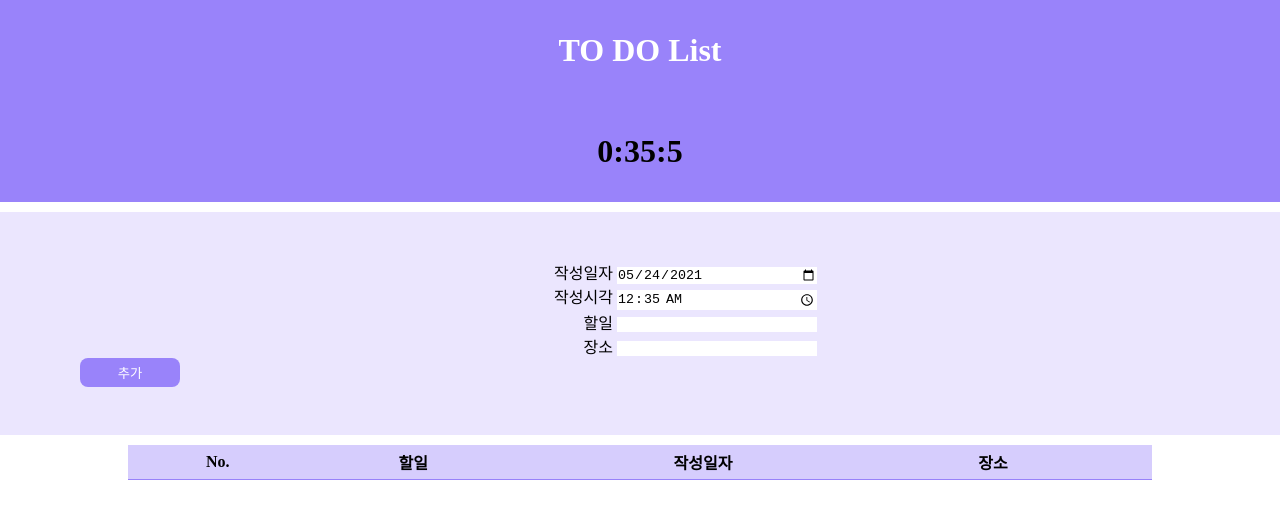
Repository: soyeon-noh/TodoList_Project
Page: http://localhost/Server_PR_TodoList/
An editor plug-in stored every save of this project. The page is shown before and after the next save, followed by the edit.
The browser window is 1280 px wide. The pictures show the whole page.
The page is served by Tomcat 9. Other server files are loaded and not shown. Queries for data that is not in the repository find no rows.

Above is the page before, as saved 2021-05-25 04:26:35.

### Server_PR_TodoList/src/main/webapp/WEB-INF/views/home.jsp
<%@ page language="java" contentType="text/html; charset=UTF-8"
    pageEncoding="UTF-8"%>
<%@ taglib uri="http://java.sun.com/jsp/jstl/core"
			prefix="c"%>
<c:set value="${pageContext.request.contextPath}"
		var="rootPath"/>
<!DOCTYPE html>
<html>
<head>
<meta charset="UTF-8">
<title>TODOList 메인화면</title>
<link href="${rootPath}/static/css/home.css?ver3" rel="stylesheet"/>

<style>

</style>


</head>
  <body>
  	<%@ include file="/WEB-INF/views/include_nav.jsp" %>
    <form class ="v1" method="POST">
    	<div>
    		<label for="date">작성일자</label>
    		<input name="td_date"
    				type="date" value="${TD.td_date}">
    	</div>

    	<div>
    		<label for="time">작성시각</label>
    		<input name="td_time"
    				type="time" value="${TD.td_time}">
    	</div>

    	<div>
    		<label for="todo">할일</label>
    		<input name="td_todo"
    				type="text" value="${TD.td_todo}">
    	</div>

    	<div>
    		<label for="place">장소</label>
    		<input name="td_place"
    				type="text" value="${TD.td_place}">
    	</div>
   		<button class="btn_insert">추가</button>
    </form>

    <table id="tdlist">
      <tr>
        <th>No.</th>
        <th>할일</th>
        <th>작성일자</th>
        <th>장소</th>
        <th></th>
      </tr>
      <c:forEach items="${TDLIST}" var="TD" varStatus="i">
        <tr>
          <td>${i.count}</td>
          <td>${TD.td_todo}</td>
          <td>${TD.td_date}</td>
          <td>${TD.td_place}</td>
          <td><button class="btn_update" data-seq="${TD.td_seq}" type="button">
          		수정</button>
          		<button class="btn_delete" data-seq="${TD.td_seq}" type="button">
          		삭제</button></td>
        </tr>
      </c:forEach>
    </table>
  </body>

  <script>
  // html 코드가 다 화면에 뜨고 나서 실행하라는 명렁
  // 아래 한 줄의 코드가 있어야 어디든디 script를 넣을 수 있다.
	document.addEventListener("DOMContentLoaded",function(){
		document.querySelector("table#tdlist")
		.addEventListener("click", function(ev){
			let className = ev.target.className

			if(className == "btn_delete"){

				let seq = ev.target.dataset.seq
				alert(seq + " 삭제가 완료되었습니다.");

				document
				.location
				.replace( "${rootPath}" +
						"/UD/delete?td_seq="
						+ seq )

			} else if(className == "btn_update"){

				let seq = ev.target.dataset.seq;

				document
				.location
				.href= "${rootPath}" +
						"/UD/update?td_seq="
						+ seq
			}

		})
	})
  </script>

</html>

### Server_PR_TodoList/src/main/webapp/WEB-INF/views/include_nav.jsp
<%@ page language="java" contentType="text/html; charset=UTF-8"
    pageEncoding="UTF-8"%>

<style>
	* {
		margin: 0;
		padding: 0;
		box-sizing: border-box;
	}

    h1.clock {
        color: black;
        text-align: center;
        background-color: rgba(153, 131, 250, 20);
        padding: 2rem;
    }

</style>
<h1>TO DO List</h1>
<h2 class="date"></h2>
<h1 class="clock"></h1>
<script>
	let date = document.querySelector(".date");

    function getDate(){
        const time = new Date();
        const year = time.getUTCFullYear();
        const month = time.getUTCMonth();
        const day = time.getUTCDay();
        date.textContent = year + "-" + month + "-" + day;
    }



	let clock = document.querySelector(".clock");

	function getTime() {
		  const time = new Date();
		  const hour = time.getHours();
		  const minutes = time.getMinutes();
		  const seconds = time.getSeconds();
		  clock.textContent = hour + ":" + minutes + ":" + seconds;


	}

	function init() {
	  setInterval(getTime, 1000);
	}

	init();
</script>

### Server_PR_TodoList/src/main/java/com/callor/todo/controller/HomeController.java
package com.callor.todo.controller;

import java.io.IOException;
import java.text.SimpleDateFormat;
import java.util.Date;
import java.util.List;

import javax.servlet.ServletException;
import javax.servlet.annotation.WebServlet;
import javax.servlet.http.HttpServlet;
import javax.servlet.http.HttpServletRequest;
import javax.servlet.http.HttpServletResponse;

import com.callor.todo.model.TodoListVO;
import com.callor.todo.service.TodoService;
import com.callor.todo.service.impl.TodoServiceImplV1;

@WebServlet("/")
public class HomeController extends HttpServlet{

	protected TodoService tdService;
	public HomeController() {
		tdService = new TodoServiceImplV1();
	}
	@Override
	protected void doGet(HttpServletRequest req, HttpServletResponse resp) throws ServletException, IOException {
		// TODO selectAll()
		List<TodoListVO> tdList = tdService.selectAll();
		req.setAttribute("TDLIST", tdList);

		// TODO insert()
		TodoListVO tdVO = new TodoListVO();

		// SimpleDateFormat : 날짜 및 시간을 형식화하고 구문 분석하는 메소드 제공
		SimpleDateFormat sd = new SimpleDateFormat("yyyy-MM-dd");
		SimpleDateFormat st = new SimpleDateFormat("HH:mm:ss");

		// 현재시간을 저장
		Date date = new Date(System.currentTimeMillis());

		// 현재 시간을 변환해 VO에 넣어준다
		tdVO.setTd_seq(0L);
		tdVO.setTd_date(sd.format(date));
		tdVO.setTd_time(st.format(date));

		req.setAttribute("TD", tdVO);

		// home.jsp 화면을 보여줘라
		RequestController.reqController(req, resp, "home");
	}
	@Override
	protected void doPost(HttpServletRequest req, HttpServletResponse resp) throws ServletException, IOException {
		// TODO insert()

		// 한글 인코딩 세팅
		req.setCharacterEncoding("UTF-8");

		// user가 입력한 data 확인
		String td_date = req.getParameter("td_date");
		String td_time = req.getParameter("td_time");
		String td_todo = req.getParameter("td_todo");
		String td_place = req.getParameter("td_place");

		TodoListVO tdVO = new TodoListVO();
		tdVO.setTd_date(td_date);
		tdVO.setTd_time(td_time);
		tdVO.setTd_todo(td_todo);
		tdVO.setTd_place(td_place);

		tdService.insert(tdVO);

		System.out.println("insert : " + tdVO);

		resp.sendRedirect("/todo");
	}

}

### Server_PR_TodoList/src/main/java/com/callor/todo/service/impl/TodoServiceImplV1.java
package com.callor.todo.service.impl;

import java.sql.Connection;
import java.sql.PreparedStatement;
import java.sql.ResultSet;
import java.sql.SQLException;
import java.util.ArrayList;
import java.util.List;

import com.callor.todo.config.DbInfo;
import com.callor.todo.config.MySQLConnection;
import com.callor.todo.model.TodoListVO;
import com.callor.todo.service.TodoService;

public class TodoServiceImplV1 implements TodoService{

	// 먼저 db와 연결
	protected Connection dbConn;

	public TodoServiceImplV1() {
		dbConn = MySQLConnection.getDBConnection();
	}


	protected List<TodoListVO> select(PreparedStatement pStr) throws SQLException{
		// TODO DB로부터 데이터를 받아와 List에 저장
		List<TodoListVO> tdList = new ArrayList<TodoListVO>();

		ResultSet rSet = pStr.executeQuery();
		while(rSet.next()) {
			TodoListVO tdVO = new TodoListVO();
			tdVO.setTd_seq(rSet.getLong(DbInfo.td_seq));
			tdVO.setTd_date(rSet.getString(DbInfo.td_date));
			tdVO.setTd_time(rSet.getString(DbInfo.td_time));
			tdVO.setTd_todo(rSet.getString(DbInfo.td_todo));
			tdVO.setTd_place(rSet.getString(DbInfo.td_place));
			tdList.add(tdVO);
		}

		// 데이터 확인
		System.out.println("select : " + tdList.toString());
		return tdList;
	}

	@Override
	public List<TodoListVO> selectAll() {
		// TODO List 전체 데이터 조회

		String sql = " SELECT * FROM tbl_todo_list ";
		sql += " ORDER BY td_date DESC, td_time DESC ";

		PreparedStatement pStr = null;

		try {
			pStr = dbConn.prepareStatement(sql);
			List<TodoListVO> tdList = this.select(pStr);
			pStr.close();

			System.out.println("selectAll : " + tdList.toString());
			return tdList;
		} catch (SQLException e) {
			// TODO Auto-generated catch block
			e.printStackTrace();
		}
		return null;
	}

	@Override
	public TodoListVO findById(Long seq) {
		// TODO 일련번호로 조회
		String sql = " SELECT * FROM tbl_todo_list ";
		sql += " WHERE td_seq = ? ";

		PreparedStatement pStr = null;

		try {
			pStr = dbConn.prepareStatement(sql);
			pStr.setLong(1, seq);

			List<TodoListVO> tdList = this.select(pStr);

			pStr.close();

			if(tdList != null && tdList.size() > 0) {
				return tdList.get(0);
			}


		} catch (SQLException e) {
			// TODO Auto-generated catch block
			e.printStackTrace();
		}
		return null;
	}

	@Override
	public List<TodoListVO> findByDate(String td_date) {
		// TODO 날짜로 조회
		String sql = " SELECT * FROM tbl_todo_list ";
		sql += " WHERE td_date = ? ";

		PreparedStatement pStr = null;

		try {
			pStr = dbConn.prepareStatement(sql);
			pStr.setString(1, td_date);

			List<TodoListVO> tdList = this.select(pStr);

			pStr.close();
			return tdList;

		} catch (SQLException e) {
			// TODO Auto-generated catch block
			e.printStackTrace();
		}
		return null;
	}

	@Override
	public List<TodoListVO> findByTodo(String td_todo) {
		// TODO 할일내용으로 조회
		return null;
	}

	@Override
	public List<TodoListVO> findByPlace(String td_place) {
		// TODO 장소로 조회
		return null;
	}

	@Override
	public Integer insert(TodoListVO tdVO) {
		// TODO 데이터 추가

		String sql = " INSERT INTO tbl_todo_list ";
		sql += " ( ";
		sql += " td_date, ";
		sql += " td_time, ";
		sql += " td_todo, ";
		sql += " td_place) ";
		sql += " VALUES( ?,?,?,? ) ";


		// SQL 구문을 실행시키는 객체
		PreparedStatement pStr = null;

		try {
			pStr = dbConn.prepareStatement(sql);
			pStr.setString(1, tdVO.getTd_date());
			pStr.setString(2, tdVO.getTd_time());
			pStr.setString(3, tdVO.getTd_todo());
			pStr.setString(4, tdVO.getTd_place());

			return pStr.executeUpdate();

		} catch (SQLException e) {
			// TODO Auto-generated catch block
			e.printStackTrace();
		}
		return null;
	}


	@Override
	public Integer update(TodoListVO tdVO) {
		// TODO 데이터 업데이트
		String sql = " UPDATE tbl_todo_list SET ";
		sql += " td_date = ?, ";
		sql += " td_time = ?, ";
		sql += " td_todo = ?, ";
		sql += " td_place = ? ";

		sql += " WHERE td_seq = ? ";

		PreparedStatement pStr = null;

		try {
			pStr = dbConn.prepareStatement(sql);
			pStr.setString(1, tdVO.getTd_date());
			pStr.setString(2, tdVO.getTd_time());
			pStr.setString(3, tdVO.getTd_todo());
			pStr.setString(4, tdVO.getTd_place());

			pStr.setLong(5, tdVO.getTd_seq());
			return pStr.executeUpdate();

		} catch (SQLException e) {
			// TODO Auto-generated catch block
			e.printStackTrace();
		}

		return null;
	}

	@Override
	public Integer delete(Long seq) {
		// TODO 데이터 삭제

		String sql = " DELETE FROM tbl_todo_list ";
		sql += "WHERE td_seq = ?";

		PreparedStatement pStr = null;

		try {
			pStr = dbConn.prepareStatement(sql);
			pStr.setLong(1, seq);
			return pStr.executeUpdate();

		} catch (SQLException e) {
			// TODO Auto-generated catch block
			e.printStackTrace();
		}
		return null;
	}
}

### Server_PR_TodoList/src/main/java/com/callor/todo/config/MySQLConnection.java
package com.callor.todo.config;

import java.sql.Connection;
import java.sql.DriverManager;
import java.sql.SQLException;

public class MySQLConnection {

	private static Connection dbConn;

	static {

		String jdbcDriver = "com.mysql.cj.jdbc.Driver";
		String url = "jdbc:mysql://localhost:3306/todolist";
		String username = "tdUser";
		String password = "12345";

		try {
			Class.forName(jdbcDriver);
			if(dbConn == null) {
				dbConn = DriverManager.getConnection(url, username, password);
			}
			System.out.println("MySQL 접속 성공!!");
		} catch (ClassNotFoundException e) {
			System.out.println("MySQL Driver 를 찾을 수 없음");
		} catch (SQLException e) {
			System.out.println("MySQL DBMS 연결 실패");
		}
	}

	public static Connection getDBConnection() {
		return dbConn;
	}

}

### Server_PR_TodoList/src/main/java/com/callor/todo/model/TodoListVO.java
package com.callor.todo.model;

import lombok.AllArgsConstructor;
import lombok.Getter;
import lombok.NoArgsConstructor;
import lombok.Setter;
import lombok.ToString;

@Getter
@Setter
@ToString
@NoArgsConstructor
@AllArgsConstructor
public class TodoListVO {

	private Long td_seq;	//BIGINT
    private String td_date;	//VARCHAR(20)
    private String td_time;	//VARCHAR(20)
	private String td_todo;	//VARCHAR(200)
    private String td_place;	//VARCHAR(125)
}

### Server_PR_TodoList/src/main/java/com/callor/todo/controller/RequestController.java
package com.callor.todo.controller;

import java.io.IOException;

import javax.servlet.ServletException;
import javax.servlet.http.HttpServlet;
import javax.servlet.http.HttpServletRequest;
import javax.servlet.http.HttpServletResponse;

public class RequestController extends HttpServlet{

	public static void reqController (HttpServletRequest req,
			HttpServletResponse resp, String file) throws ServletException, IOException {

		String root = "/WEB-INF/views/" + file + ".jsp";

		req.getRequestDispatcher(root)
		.forward(req, resp);


	}

}

### Server_PR_TodoList/src/main/webapp/static/css/home.css
@charset "UTF-8";

/* 여백 초기화 */
* {
	margin: 0;
	padding: 0;
	box-sizing: border-box;
}

h1 {
	color: white;
	text-align: center;
	background-color: rgba(153,131,250,1);
	padding: 2rem;

}

form.v1 {
	background-color: rgba(153,131,250,0.2);
	padding: 3rem 5rem 3rem 5rem;
	margin: 10px auto;
}

form.v1 div {
	text-align: center;
}

form.v1 div label{
	display: inline-block;

	width: 150px;
	text-align: right;
}

form.v1 input{
	width: 200px;
	border: 1px;

}

form.v1 button{
		outline: 0;
		border: 0;
		width: 100px;
		color: white;
		padding: 5px;
		background-color: rgba(153,131,250,1);
		border-radius: 8px;

		margin :  0 auto;

}

table {
	border-collapse: collapse;
	width: 80%;
	margin: 10px auto;
}

td, th {
	border-bottom: 1px solid #9882FA;
	padding: 5px;
	text-align: center;
}

th {
	background-color: rgba(153,131,250,0.4);
}

After the next save:
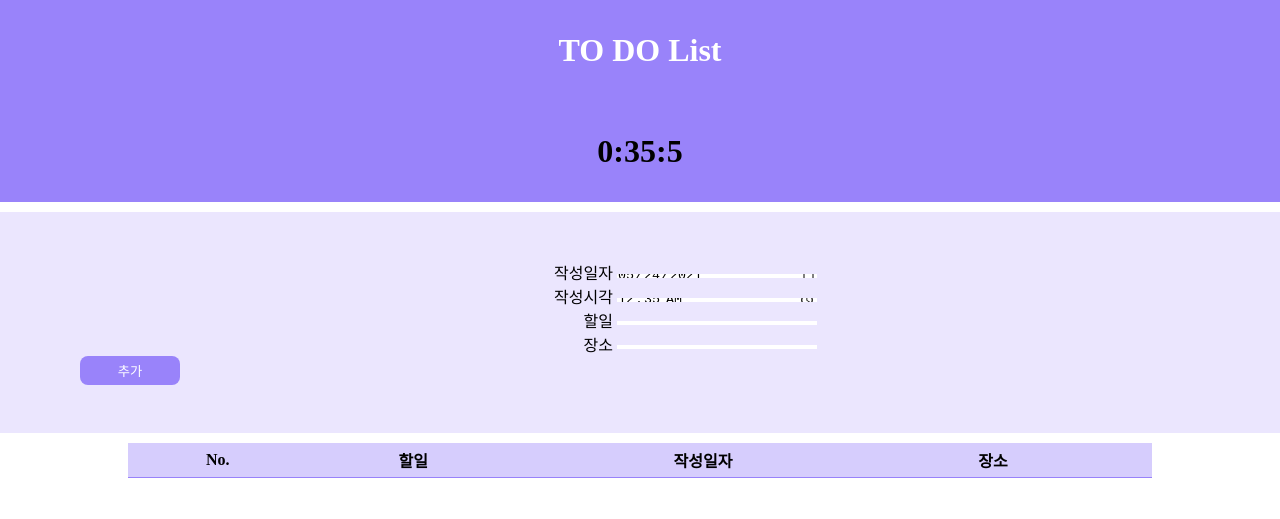
Saved 29 s later.
--- a/Server_PR_TodoList/src/main/webapp/static/css/home.css
+++ b/Server_PR_TodoList/src/main/webapp/static/css/home.css
@@ -35,7 +35,7 @@ form.v1 div label{
 form.v1 input{
 	width: 200px;
 	border: 1px;
-
+	height: 4px;
 }
 
 form.v1 button{
